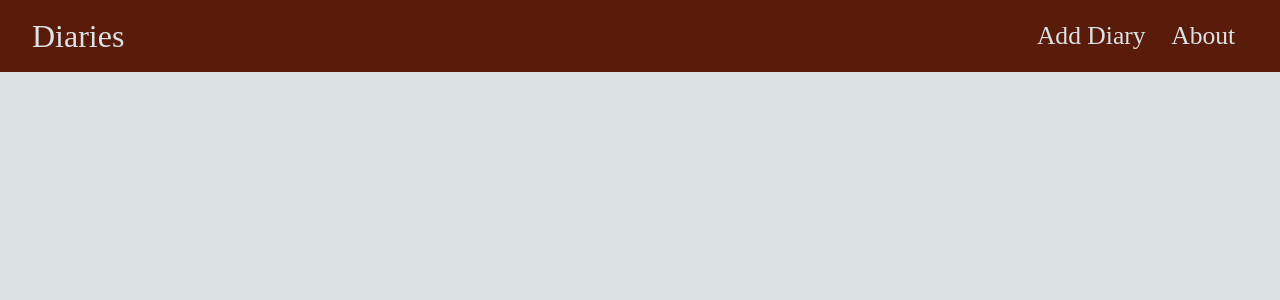
Repository: Tun-Dev/mydiary
Page: /
The author's editor kept a copy of each file at every save. The page is drawn from the files as they stood at one save, then again after the next save.
The browser window is 1280 px wide. The pictures show the whole page.
The project was rebuilt for these pictures with package versions that can differ from the ones it lists, and the page was loaded fresh each time. Requests to the local data server were answered from the project's data file.

Above is the page before, as saved 2021-05-12 02:48:33.

After the next save:
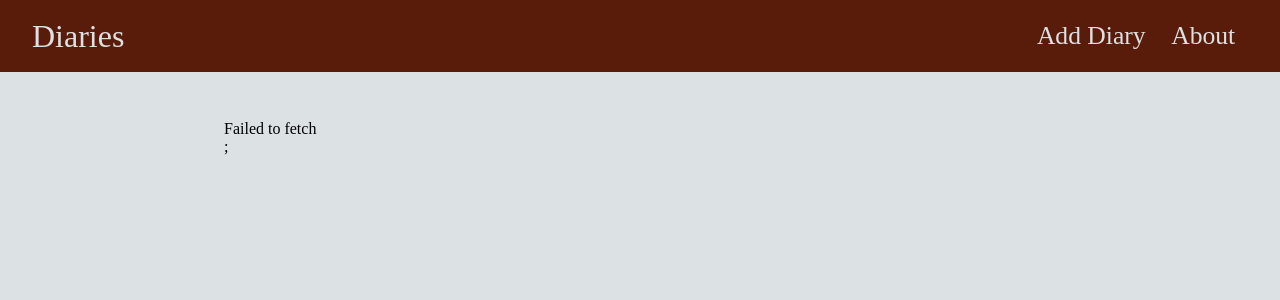
Saved 11 min 6 s later.
--- a/src/Components/DiaryHome.js
+++ b/src/Components/DiaryHome.js
@@ -3,7 +3,7 @@
 import Diary from './Diary';
 
 const DiaryHome = () => {
-  const {diaries, isPending, error} = useFetch("http://localhost:8000/drafts");
+  const {diaries, isPending, error} = useFetch('localhost:8000/drafts');
     return (
         <div>
          {error && <div> {error} </div>}

After the save that followed:
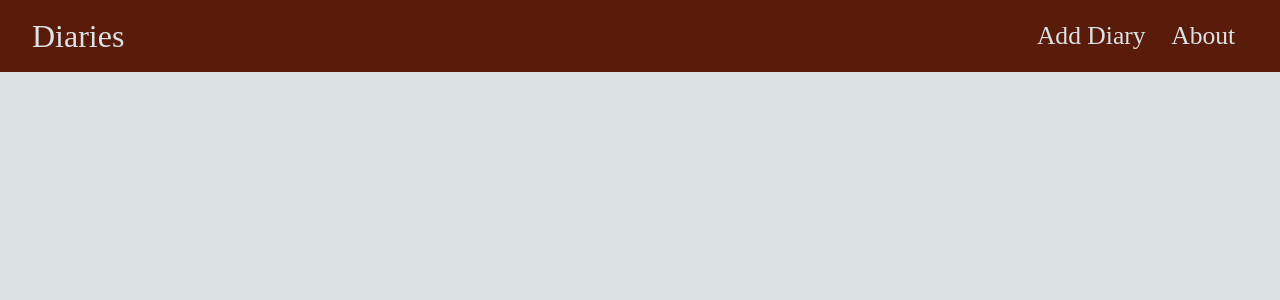
Saved 107 s later.
--- a/src/Components/DiaryHome.js
+++ b/src/Components/DiaryHome.js
@@ -3,7 +3,7 @@
 import Diary from './Diary';
 
 const DiaryHome = () => {
-  const {diaries, isPending, error} = useFetch('localhost:8000/drafts');
+  const {diaries, isPending, error} = useFetch('http://localhost:8000/drafts');
     return (
         <div>
          {error && <div> {error} </div>}
